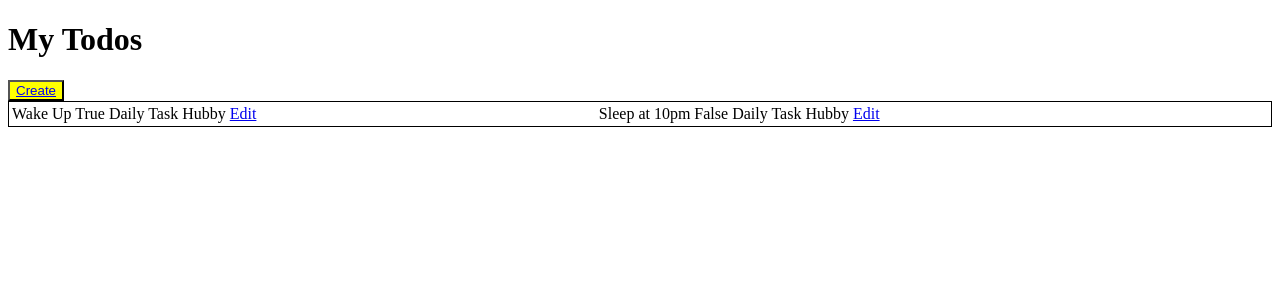
Repository: 99Ace/djangoLesson
Page: http://localhost/todos/
The author's editor kept a record of every edit. The page is drawn from the files as they stood at one moment, then again after the next edit.
The browser window is 1280 px wide. The pictures show the whole page.
The page is served by the project's application, run on Django 2.2 (manage.py). Other server files are loaded and not shown. The page reads the database file committed with the project.

Above is the page before.

### todos/views.py
from django.shortcuts import render, HttpResponse, redirect, get_object_or_404
from .models import Item
from .forms import ItemForm

# Create your views here.
def show_todos(request):
    results = Item.objects.all()
    return render(request, "todo.html", {
        'items':results
    })

# CREATE FUNCTION
def create_item(request):
  if request.method == "POST":
        form = ItemForm(request.POST, request.FILES)
        if form.is_valid():
            form.save()
            return redirect(show_todos)
  else:
     form = ItemForm()
     return render(request, "todo_form.html", {'form': form})

#create new function
def edit_item(request, id):
    item = get_object_or_404(Item, pk=id)

    if request.method == "POST":
        form = ItemForm(request.POST, instance=item)
        if form.is_valid():
            form.save()
            return redirect(show_todos)
    else:
        form = ItemForm(instance=item)
    return render(request, "todo_form.html", {'form': form})

### todos/templates/todo.html
<!DOCTYPE html>
<html lang="en">
<head>
    <meta charset="UTF-8">
    <meta name="viewport" content="width=device-width, initial-scale=1.0">
    <meta http-equiv="X-UA-Compatible" content="ie=edge">
    <title>Document</title>
</head>
<body>
    <h1> My Todos</h1>
    <button style="background-color:yellow"><a href="create">Create</a></button>
    <table style = "border:black solid 1pt; width:100% ">
    <tr>
        {% for i in items %}
         <td>
             {{ i.name }}
             {{ i.done }}
             {{ i.tag }}
             {{ i.category }}
             {{ i.assign }} <a href="edit/{{i.id}}">Edit</a>
         </td>
        {%endfor%}
    </tr>
    </table>
</body>
</html>

### todos/models.py
from django.db import models

# Create your models here.
# declare a class named "Item"
class Item(models.Model):
    name = models.CharField(max_length=30, blank=False)
    done = models.BooleanField(blank=False, default=False)
    ongoing = models.BooleanField(blank=False, default=False)
    completed_at = models.DateField(blank=True, null=True, default=None)
    category = models.ForeignKey('Category', on_delete=models.CASCADE)
    tags = models.ManyToManyField('Tag')
    assign = models.ForeignKey('Arrow', on_delete=models.CASCADE)

    def __str__(self):
        return self.name

class Category(models.Model):
    name = models.CharField(max_length=255, blank=False)
    def __str__(self):
        return self.name

class Tag(models.Model):
    name = models.CharField(max_length=50, blank=False)
    def __str__(self):
        return self.name

class Arrow(models.Model):
    name = models.CharField(max_length=255, blank=False)
    def __str__(self):
        return self.name

### todo_project/urls.py
"""todo_project URL Configuration

The `urlpatterns` list routes URLs to views. For more information please see:
    https://docs.djangoproject.com/en/2.2/topics/http/urls/
Examples:
Function views
    1. Add an import:  from my_app import views
    2. Add a URL to urlpatterns:  path('', views.home, name='home')
Class-based views
    1. Add an import:  from other_app.views import Home
    2. Add a URL to urlpatterns:  path('', Home.as_view(), name='home')
Including another URLconf
    1. Import the include() function: from django.urls import include, path
    2. Add a URL to urlpatterns:  path('blog/', include('blog.urls'))
"""
from django.contrib import admin
from django.urls import path
from todos.views import show_todos, create_item, edit_item  #<-- add function name here


urlpatterns = [
    path('admin/', admin.site.urls),
    path('todos/',show_todos),
    path('todos/create', create_item),
    path('todos/edit/<id>', edit_item)
    # path('todos/delete'<--route , function name)
]

### db.sqlite3 (the tables this page reads, as SQL)
CREATE TABLE "todos_arrow" ("id" integer NOT NULL PRIMARY KEY AUTOINCREMENT, "name" varchar(255) NOT NULL);
INSERT INTO "todos_arrow" VALUES
(1, 'Wife'),
(2, 'Son'),
(3, 'Hubby'),
(4, 'Daughter');

CREATE TABLE "todos_category" ("id" integer NOT NULL PRIMARY KEY AUTOINCREMENT, "name" varchar(255) NOT NULL);
INSERT INTO "todos_category" VALUES
(1, 'Daily Task'),
(2, 'Achoc Task'),
(3, 'Random Task');

CREATE TABLE "todos_item" ("id" integer NOT NULL PRIMARY KEY AUTOINCREMENT, "name" varchar(30) NOT NULL, "done" bool NOT NULL, "completed_at" date NULL, "ongoing" bool NOT NULL, "category_id" integer NOT NULL REFERENCES "todos_category" ("id") DEFERRABLE INITIALLY DEFERRED, "assign_id" integer NOT NULL REFERENCES "todos_arrow" ("id") DEFERRABLE INITIALLY DEFERRED);
INSERT INTO "todos_item" VALUES
(1, 'Wake Up', 1, NULL, 0, 1, 3),
(2, 'Sleep at 10pm', 0, NULL, 0, 1, 3);

After the next edit:
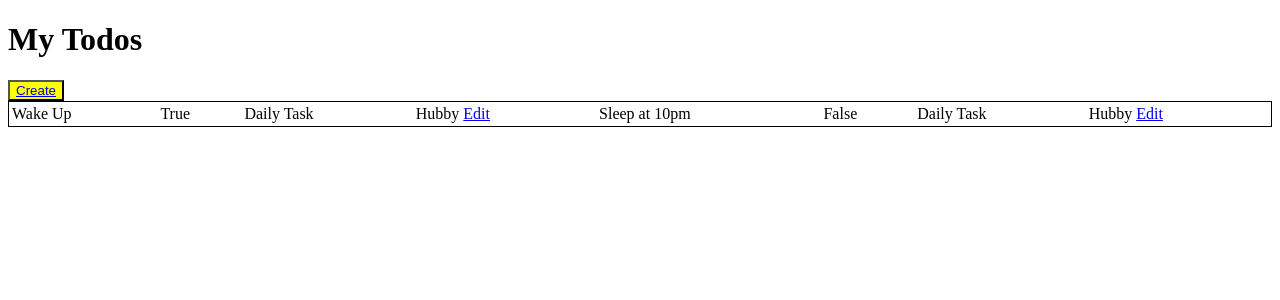
The edit:
--- a/todos/templates/todo.html
+++ b/todos/templates/todo.html
@@ -12,12 +12,11 @@
     <table style = "border:black solid 1pt; width:100% ">
     <tr>
         {% for i in items %}
-         <td>
-             {{ i.name }}
-             {{ i.done }}
-             {{ i.tag }}
-             {{ i.category }}
-             {{ i.assign }} <a href="edit/{{i.id}}">Edit</a>
+         <td> {{ i.name }} </td>
+         <td>    {{ i.done }}
+          <td>   {{ i.tag }}
+         <td>    {{ i.category }}
+         <td>    {{ i.assign }} <a href="edit/{{i.id}}">Edit</a>
          </td>
         {%endfor%}
     </tr>
